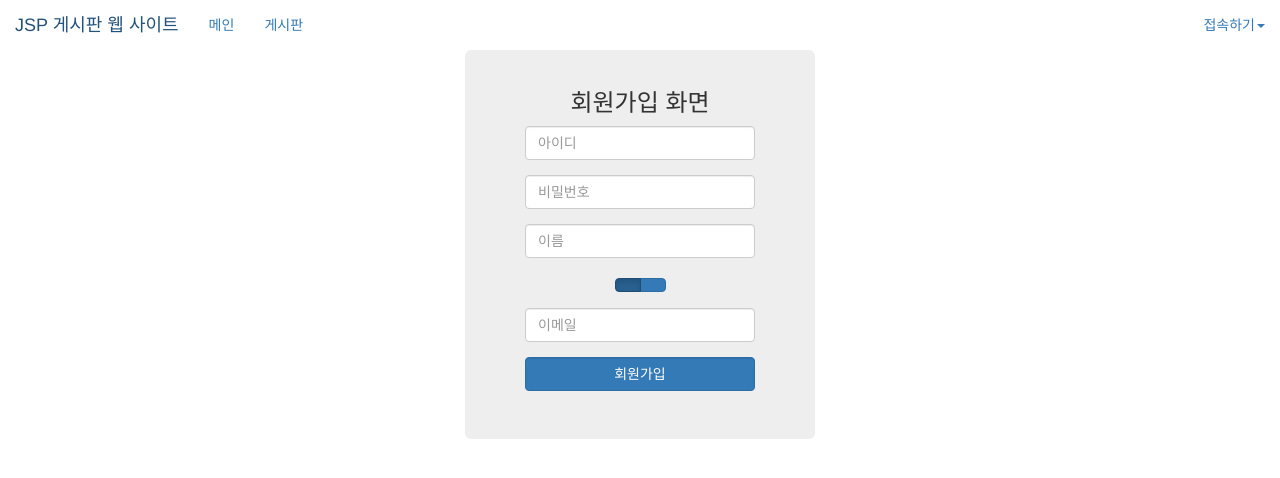
Repository: CEmmanuelP/jsp_Myblog
Page: http://localhost/BBS/join.jsp
These files come from the project's save history. The page is drawn as it stood at one moment and after the next save; the edit follows.
The browser window is 1280 px wide. The pictures show the whole page.
Some web fonts or font styles are not loaded; a fallback is used. Some web libraries are served in a nearby version. The page is served by Tomcat 9.

Above is the page before, as saved 2019-09-09 02:05:51.

After the next save:
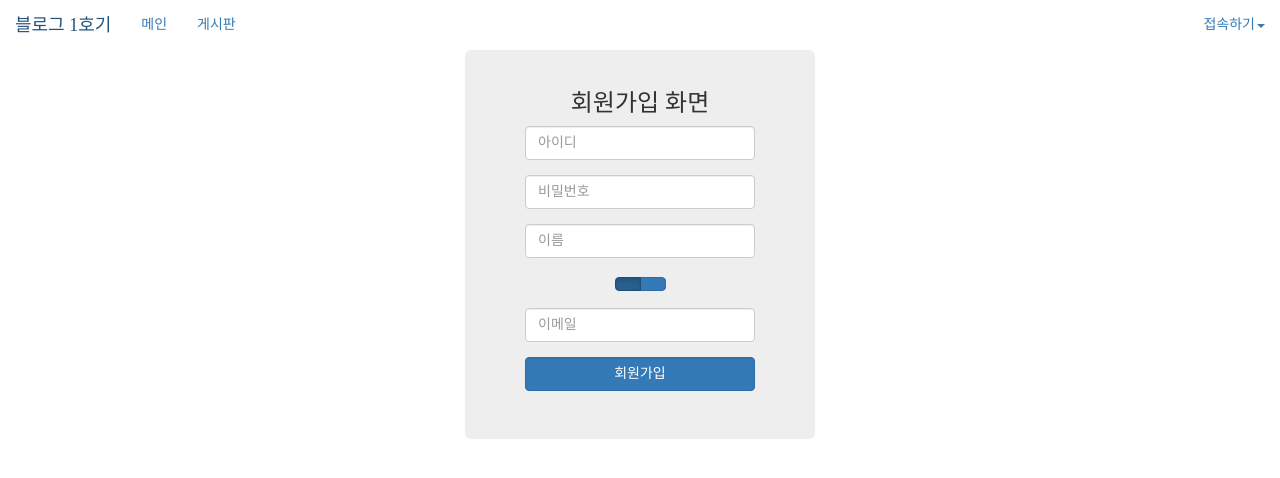
Saved 1 s later.
--- a/BBS/WebContent/join.jsp
+++ b/BBS/WebContent/join.jsp
@@ -7,6 +7,8 @@
 <!-- 반응형 -->
 <meta name="viewport" content="width=device-width", initial-scale="1">
 <link rel="stylesheet" href="css/bootstrap.css">
+<link rel="stylesheet" href="css/custom.css">
+
 <title>JSP 게시판 웹 사이트</title>
 </head>
 <body>
@@ -20,7 +22,7 @@
             <span class="icon-bar"></span>
             <span class="icon-bar"></span>
          </button>
-         <a class="navbar-brand" href="main.jsp">JSP 게시판 웹 사이트</a>
+         <a class="navbar-brand" href="main.jsp">블로그 1호기</a>
       </div>
       <div class="collapse navbar-collapse" id="bs-example-navbar-collapse-1">
          <ul class="nav navbar-nav">
